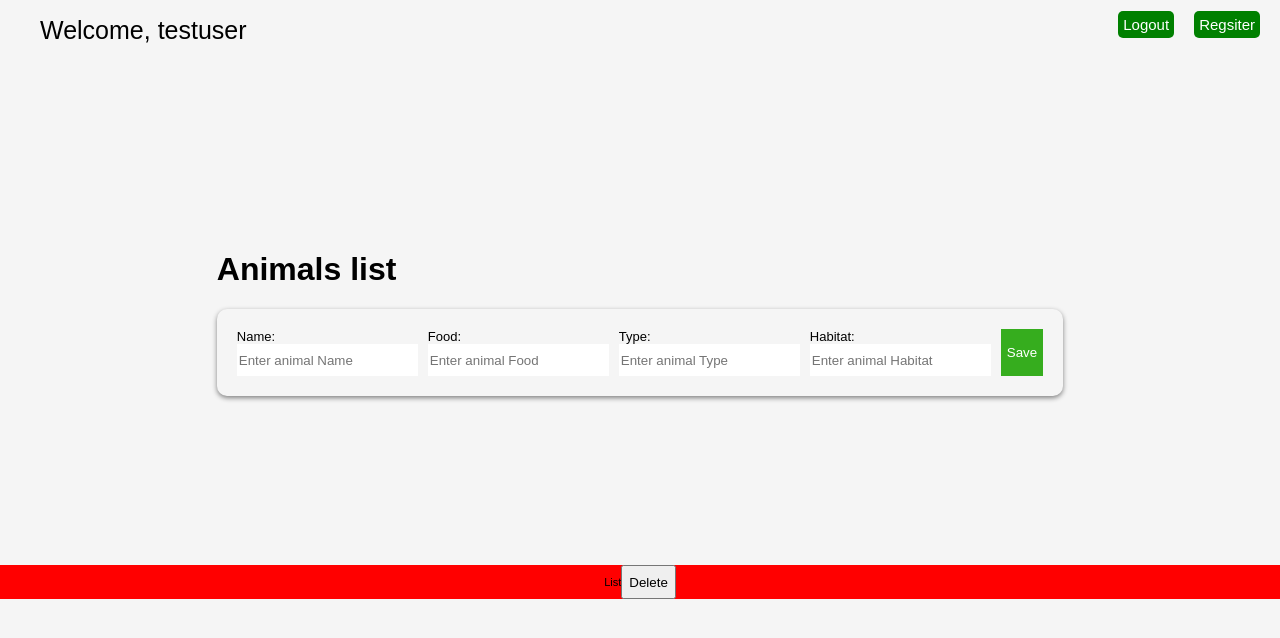
Repository: Dennis-star1001/PHP-CRUD
Page: http://localhost/
An editor plug-in stored every save of this project. The page is shown before and after the next save, followed by the edit.
The browser window is 1280 px wide. The pictures show the whole page.
The page is run by PHP 8.4 with error messages shown; the project is at /var/www/html/. The session is filled in as if someone had signed in: {"id": 1, "username": "testuser"}. Queries for data that is not in the repository find no rows.

Above is the page before, as saved 2022-07-06 23:32:06.

After the next save:
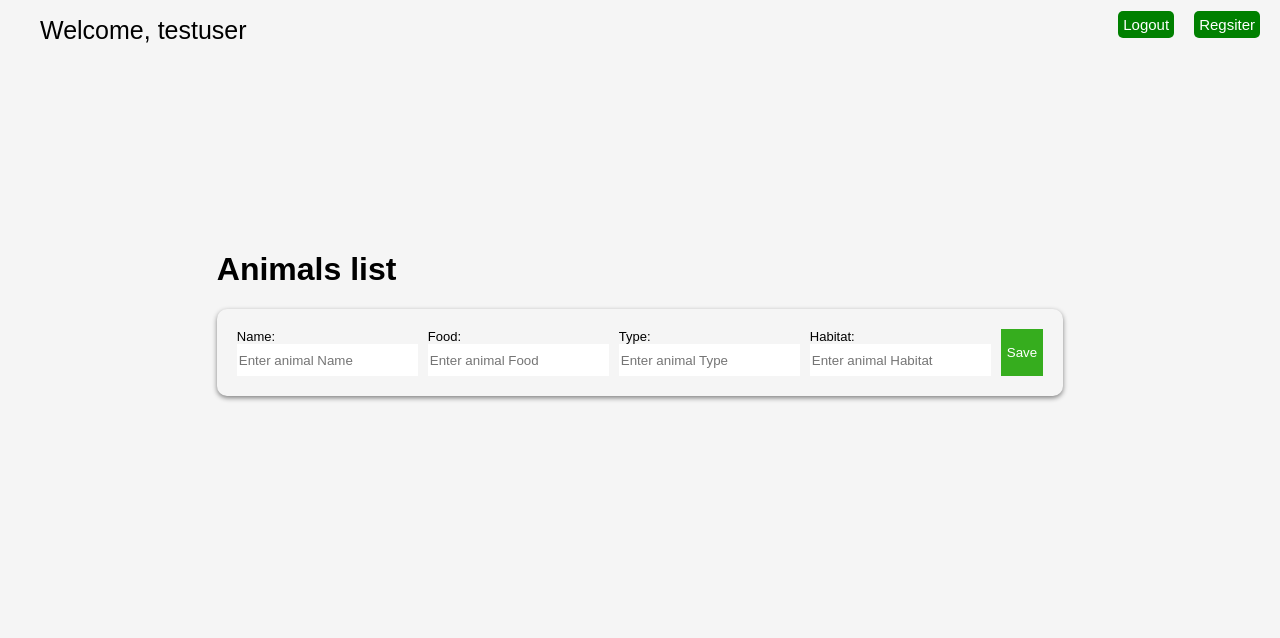
Saved 12 min 55 s later.
--- a/index.php
+++ b/index.php
@@ -101,10 +101,7 @@ if (isset($_GET['err'])) {
             ?>
         </div>
     </div>
-    <div class="output">
-        <p>List</p>
-        <button>Delete</button>
-    </div>
+
 </body>
 
 </html>
